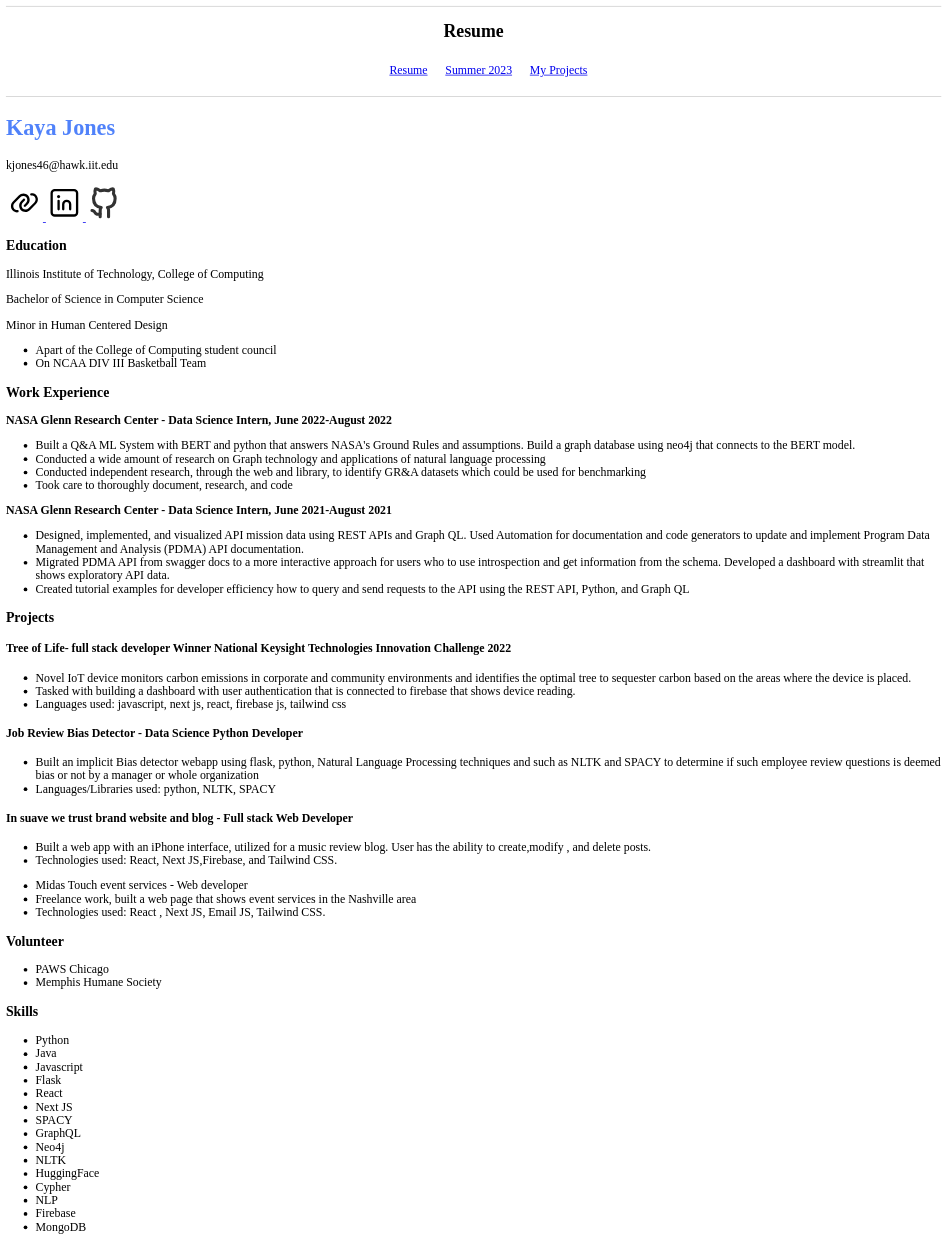
Repository: kayacancode/itm361project1
Page: index.html
These files come from the project's save history. The page is drawn as it stood at one moment and after the next save; the edit follows.
The browser window is 1280 px wide. The pictures show the whole page, at 74% of full size.
Some web fonts or font styles are not loaded; a fallback is used.

Above is the page before, as saved 2023-03-04 14:44:23.

### index.html
<!DOCTYPE html>
<html lang="en">
  <head>
    <meta charset="UTF-8" />
    <title>ITMD 361 - Web Development</title>
    <link rel="stylesheet" href="css/style.css" />

  </head>
  <body>
    <header>
      <nav>
        <h1>Resume</h1>
        <ul>
          <li><a href="index.html">Resume</a></li>
          <li><a href="summer2023.html">Summer 2023</a></li>
          <li><a href="projects.html">My Projects</a></li>
        </ul>
      </nav>
    </header>
    <h2>Kaya Jones</h2>
    <p>kjones46@hawk.iit.edu</p>
    <div class="icons">
      <a href="https://www.kayacancode.com/">
      <svg width="50px" height="50px" viewBox="0 0 24 24" fill="none" xmlns="http://www.w3.org/2000/svg">
        <path d="M7.23001 18.25C6.17025 18.2535 5.15243 17.8363 4.40001 17.09C3.63614 16.2785 3.22341 15.1983 3.2515 14.0842C3.27958 12.97 3.74622 11.912 4.55001 11.14L8.31001 7.35C9.12729 6.50634 10.2456 6.0209 11.42 6C11.9475 6.00352 12.4692 6.11135 12.9549 6.3173C13.4406 6.52325 13.8807 6.82324 14.25 7.2C15.0243 8.01629 15.4433 9.10627 15.4152 10.231C15.387 11.3557 14.9141 12.4234 14.1 13.2L12.84 14.46C12.7713 14.5337 12.6885 14.5928 12.5965 14.6338C12.5045 14.6748 12.4052 14.6968 12.3045 14.6986C12.2038 14.7004 12.1038 14.6818 12.0104 14.6441C11.917 14.6064 11.8322 14.5503 11.761 14.479C11.6897 14.4078 11.6336 14.323 11.5959 14.2296C11.5582 14.1362 11.5396 14.0362 11.5414 13.9355C11.5432 13.8348 11.5652 13.7355 11.6062 13.6435C11.6472 13.5515 11.7063 13.4687 11.78 13.4L13 12.1C13.5247 11.6076 13.8338 10.9279 13.86 10.2088C13.8862 9.4897 13.6275 8.78933 13.14 8.26C12.6071 7.7953 11.9167 7.55197 11.2102 7.57986C10.5037 7.60774 9.83461 7.90474 9.34001 8.41L5.61001 12.19C5.09513 12.6812 4.79158 13.3535 4.76359 14.0646C4.73559 14.7757 4.98535 15.4698 5.46001 16C5.72088 16.2578 6.03529 16.4551 6.38093 16.5778C6.72657 16.7005 7.09497 16.7456 7.46001 16.71C7.55727 16.7004 7.65547 16.7101 7.74895 16.7386C7.84243 16.7671 7.92934 16.8139 8.00465 16.8762C8.07996 16.9385 8.14218 17.0151 8.18773 17.1015C8.23327 17.188 8.26124 17.2827 8.27001 17.38C8.28956 17.5775 8.23003 17.7747 8.10444 17.9284C7.97885 18.0821 7.79746 18.1798 7.60001 18.2L7.23001 18.25Z" fill="#000000"/>
        <path d="M12.58 18C12.0525 17.9965 11.5308 17.8887 11.0451 17.6827C10.5594 17.4768 10.1193 17.1768 9.75 16.8C8.97574 15.9837 8.55674 14.8937 8.58486 13.769C8.61297 12.6443 9.08592 11.5766 9.9 10.8L11.16 9.54C11.2287 9.46632 11.3115 9.40721 11.4035 9.36622C11.4955 9.32523 11.5948 9.30319 11.6955 9.30141C11.7962 9.29964 11.8962 9.31816 11.9896 9.35588C12.083 9.3936 12.1678 9.44975 12.239 9.52097C12.3103 9.59218 12.3664 9.67702 12.4041 9.77041C12.4418 9.86379 12.4604 9.96382 12.4586 10.0645C12.4568 10.1652 12.4348 10.2645 12.3938 10.3565C12.3528 10.4485 12.2937 10.5313 12.22 10.6L11 11.9C10.4753 12.3924 10.1662 13.0721 10.14 13.7912C10.1138 14.5103 10.3726 15.2107 10.86 15.74C11.3929 16.2047 12.0833 16.448 12.7898 16.4201C13.4963 16.3923 14.1654 16.0953 14.66 15.59L18.43 11.81C18.9393 11.3134 19.2355 10.6383 19.256 9.92727C19.2766 9.21626 19.0198 8.52513 18.54 8C18.2791 7.7422 17.9647 7.54495 17.6191 7.42224C17.2734 7.29954 16.905 7.2544 16.54 7.29C16.4427 7.29964 16.3445 7.28992 16.2511 7.2614C16.1576 7.23287 16.0707 7.18612 15.9954 7.12382C15.9201 7.06153 15.8578 6.98493 15.8123 6.89846C15.7667 6.81199 15.7388 6.71735 15.73 6.62C15.7104 6.42248 15.77 6.22527 15.8956 6.07156C16.0212 5.91786 16.2025 5.82021 16.4 5.8C16.9821 5.73967 17.5704 5.80779 18.1233 5.99959C18.6762 6.19138 19.1803 6.50216 19.6 6.91C20.3639 7.72153 20.7766 8.80172 20.7485 9.91585C20.7204 11.03 20.2538 12.088 19.45 12.86L15.69 16.65C14.8727 17.4937 13.7544 17.9791 12.58 18Z" fill="#000000"/>
        </svg> </a>
    <a href="https://www.linkedin.com/in/kayarjones/">
    <svg width="50px" height="50px" viewBox="0 0 192 192" xmlns="http://www.w3.org/2000/svg" fill="none"><rect width="132" height="132" x="30" y="30" stroke="#000000" stroke-width="12" rx="16"/><path stroke="#000000" stroke-linecap="round" stroke-linejoin="round" stroke-width="12" d="M66 86v44"/><circle cx="66" cy="64" r="8" fill="#000000"/><path stroke="#000000" stroke-linecap="round" stroke-width="12" d="M126 130v-26c0-9.941-8.059-18-18-18v0c-9.941 0-18 8.059-18 18v26"/></svg>
  </a>
  <a href="https://github.com/kayacancode">
  <svg width="50px" height="50px" viewBox="0 0 24 24" fill="none" xmlns="http://www.w3.org/2000/svg">
    <path d="M9.29183 21V18.4407L9.3255 16.6219C9.36595 16.0561 9.58639 15.5228 9.94907 15.11C9.95438 15.1039 9.95972 15.0979 9.9651 15.0919C9.9791 15.0763 9.96988 15.0511 9.94907 15.0485V15.0485C7.52554 14.746 5.0005 13.7227 5.0005 9.26749C4.9847 8.17021 5.3427 7.10648 6.00437 6.27215C6.02752 6.24297 6.05103 6.21406 6.07492 6.18545V6.18545C6.10601 6.1482 6.11618 6.09772 6.10194 6.05134C6.10107 6.04853 6.10021 6.04571 6.09935 6.04289C6.0832 5.9899 6.06804 5.93666 6.05388 5.88321C5.81065 4.96474 5.86295 3.98363 6.20527 3.09818C6.20779 3.09164 6.21034 3.08511 6.2129 3.07858C6.22568 3.04599 6.25251 3.02108 6.28698 3.01493V3.01493C6.50189 2.97661 7.37036 2.92534 9.03298 4.07346C9.08473 4.10919 9.13724 4.14609 9.19053 4.18418V4.18418C9.22901 4.21168 9.27794 4.22011 9.32344 4.20716C9.32487 4.20675 9.32631 4.20634 9.32774 4.20593C9.41699 4.18056 9.50648 4.15649 9.59617 4.1337C11.1766 3.73226 12.8234 3.73226 14.4038 4.1337C14.4889 4.1553 14.5737 4.17807 14.6584 4.20199C14.6602 4.20252 14.6621 4.20304 14.6639 4.20356C14.7174 4.21872 14.7749 4.20882 14.8202 4.17653V4.17653C14.8698 4.14114 14.9187 4.10679 14.967 4.07346C16.6257 2.92776 17.4894 2.9764 17.7053 3.01469V3.01469C17.7404 3.02092 17.7678 3.04628 17.781 3.07946C17.7827 3.08373 17.7843 3.08799 17.786 3.09226C18.1341 3.97811 18.1894 4.96214 17.946 5.88321C17.9315 5.93811 17.9159 5.9928 17.8993 6.04723V6.04723C17.8843 6.09618 17.8951 6.14942 17.9278 6.18875C17.9289 6.18998 17.9299 6.19121 17.9309 6.19245C17.9528 6.21877 17.9744 6.24534 17.9956 6.27215C18.6573 7.10648 19.0153 8.17021 18.9995 9.26749C18.9995 13.747 16.4565 14.7435 14.0214 15.015V15.015C14.0073 15.0165 14.001 15.0334 14.0105 15.0439C14.0141 15.0479 14.0178 15.0519 14.0214 15.0559C14.2671 15.3296 14.4577 15.6544 14.5811 16.0103C14.7101 16.3824 14.7626 16.7797 14.7351 17.1754V21" stroke="#323232" stroke-width="2" stroke-linecap="round" stroke-linejoin="round"/>
    <path d="M4 17C4.36915 17.0523 4.72159 17.1883 5.03065 17.3975C5.3397 17.6068 5.59726 17.8838 5.7838 18.2078C5.94231 18.4962 6.15601 18.7504 6.41264 18.9557C6.66927 19.161 6.96379 19.3135 7.27929 19.4043C7.59478 19.4952 7.92504 19.5226 8.25112 19.485C8.5772 19.4475 8.89268 19.3457 9.17946 19.1855" stroke="#323232" stroke-width="2" stroke-linecap="round" stroke-linejoin="round"/>
    </svg>
  </div>
</a>
    <h3>Education</h3>
    <p>Illinois Institute of Technology, College of Computing</p>
    <p>Bachelor of Science in Computer Science</p>
    <p>Minor in Human Centered Design</p>
    <ul >
      <li>Apart of the College of Computing student council</li>
      <li>On NCAA DIV III Basketball Team</li>
    </ul>
    <section>
    <h3>Work Experience</h3>
    <p>
      <span style="font-weight:bold">NASA Glenn Research Center - Data Science Intern, June 2022-August 2022 </span>
    </p>
    <ul >
      <li>
        Built a Q&A ML System with BERT and python that answers NASA's Ground
        Rules and assumptions. Build a graph database using neo4j that connects
        to the BERT model.
      </li>
      <li>
        Conducted a wide amount of research on Graph technology and applications
        of natural language processing
      </li>
      <li>
        Conducted independent research, through the web and library, to identify
        GR&A datasets which could be used for benchmarking
      </li>
      <li>Took care to thoroughly document, research, and code</li>
    </ul>
    <p>
      <span style="font-weight:bold">NASA Glenn Research Center - Data Science Intern, June 2021-August 2021 </span>
    </p>
    <ul >
      <li>
        Designed, implemented, and visualized API mission data using REST APIs
        and Graph QL. Used Automation for documentation and code generators to
        update and implement Program Data Management and Analysis (PDMA) API
        documentation.
      </li>
      <li>
        Migrated PDMA API from swagger docs to a more interactive approach for
        users who to use introspection and get information from the schema.
        Developed a dashboard with streamlit that shows exploratory API data.
      </li>
      <li>
        Created tutorial examples for developer efficiency how to query and send
        requests to the API using the REST API, Python, and Graph QL
      </li>
    </ul>
  </section>
  <section>
    <h3>Projects</h3>
    <h4>Tree of Life- full stack developer Winner National Keysight Technologies
      Innovation Challenge 2022</h4>
    <ul>

      <li>
        Novel IoT device monitors carbon emissions in corporate and community
        environments and identifies the optimal tree to sequester carbon based
        on the areas where the device is placed.
      </li>
      <li>
        Tasked with building a dashboard with user authentication that is
        connected to firebase that shows device reading.
      </li>
      <li>
        Languages used: javascript, next js, react, firebase js, tailwind css
      </li>
    </ul>
    <h4>Job Review Bias Detector - Data Science Python Developer</h4>
    <ul>
      <li>
        Built an implicit Bias detector webapp using flask, python, Natural
        Language Processing techniques and such as NLTK and SPACY to determine
        if such employee review questions is deemed bias or not by a manager or
        whole organization
      </li>

      <li>Languages/Libraries used: python, NLTK, SPACY</li>
    </ul>
    <h4>In suave we trust brand website and blog - Full stack Web Developer</h4>
    <ul >

      <li>
        Built a web app with an iPhone interface, utilized for a music review
        blog. User has the ability to create,modify , and delete posts.
      </li>

      <li>Technologies used: React, Next JS,Firebase, and Tailwind CSS.</li>
    </ul>

    <ul>
      <li>Midas Touch event services - Web developer</li>
      <li>
        Freelance work, built a web page that shows event services in the
        Nashville area
      </li>

      <li>Technologies used: React , Next JS, Email JS, Tailwind CSS.</li>
    </ul>
  </section>

  <h3>Volunteer </h3>
  <ul>
    <li>PAWS Chicago</li>
    <li>Memphis Humane Society</li>
  </ul>




    <h3>Skills</h3>
    <ul >
      <li>Python</li>
      <li>Java</li>
      <li>Javascript</li>
      <li>Flask</li>
      <li>React</li>
      <li>Next JS</li>
      <li>SPACY</li>
      <li>GraphQL</li>
      <li>Neo4j</li>
      <li>NLTK</li>
      <li>HuggingFace</li>
      <li>Cypher</li>
      <li>NLP</li>
      <li>Firebase</li>
      <li>MongoDB</li>
    </ul>
  </body>
</html>

### css/style.css
@import url("https://fonts.googleapis.com/css2?family=Tilt+Warp&display=swap");
@import url('https://fonts.googleapis.com/css2?family=Tilt+Warp&display=swap');


nav{
    border:1px solid #ccc;
    border-width:1px 0;
    list-style:none;
    margin:0;
    padding:0;
    text-align:center;
}
nav li{
    display:inline;
}
nav a{
    display:inline-block;
    padding:10px;
}

h1,h2,h3,p{
    font-family: "Tilt Warp", cursive;

}
h2{
    font-size: 30px;
    font-family: "Tilt Warp", cursive;
    color:#5082FA;
}

.websites img{
    display: block;
    margin-left: auto;
    margin-right: auto;
    max-width: 50%;
    height: 350px;
    border-radius: 20px;
}

.trips img{
    max-width: 50%;
    height: 350px;
    border-radius: 20px;
    margin-left: auto;
    margin-right: auto;
}

figcaption{
    text-align: center;
    padding-top: 10px;
}

After the next save:
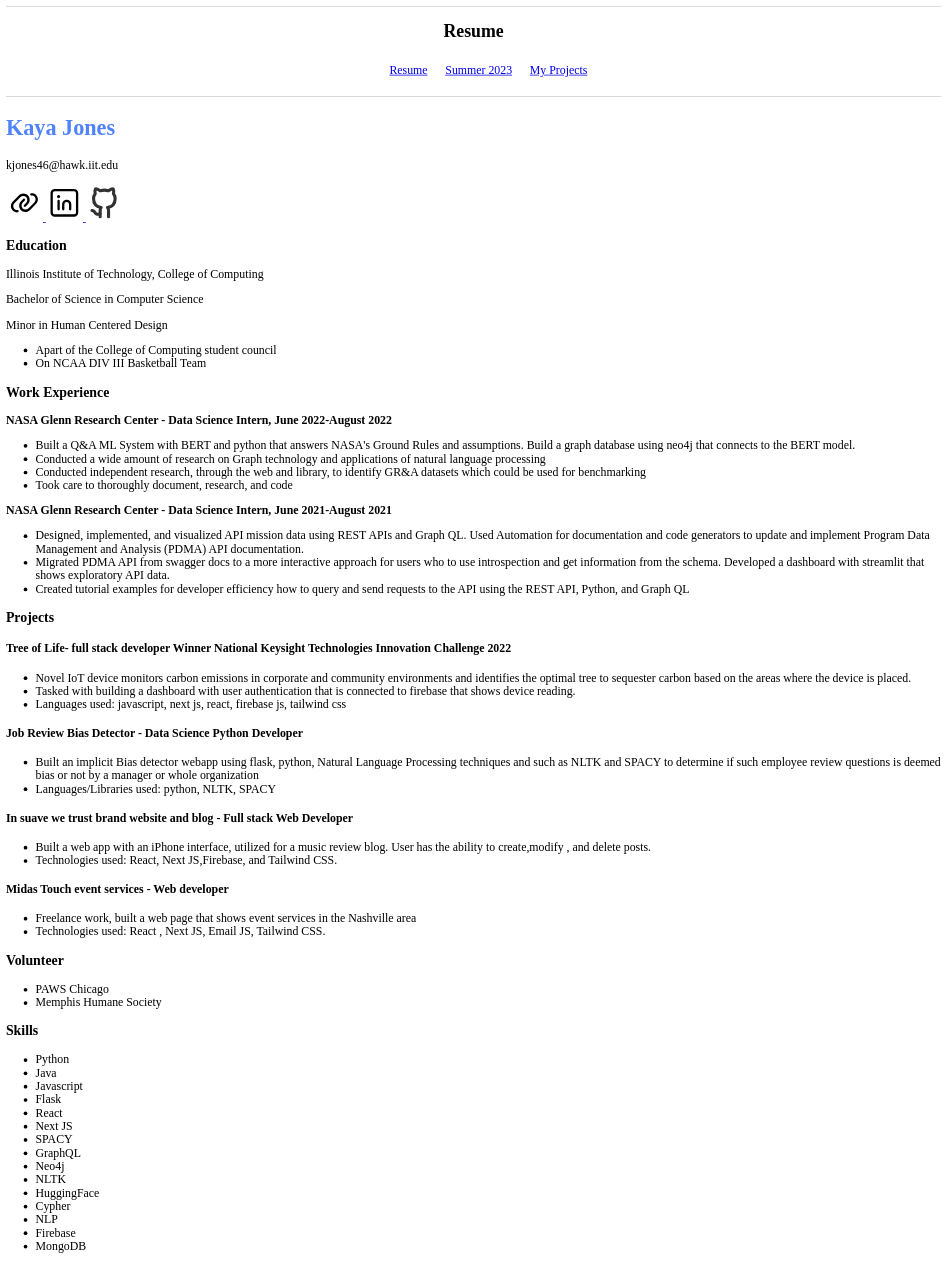
Saved 41 s later.
--- a/index.html
+++ b/index.html
@@ -125,9 +125,9 @@
 
       <li>Technologies used: React, Next JS,Firebase, and Tailwind CSS.</li>
     </ul>
+    <h4>Midas Touch event services - Web developer</h4>
+    <ul>
 
-    <ul>
-      <li>Midas Touch event services - Web developer</li>
       <li>
         Freelance work, built a web page that shows event services in the
         Nashville area
